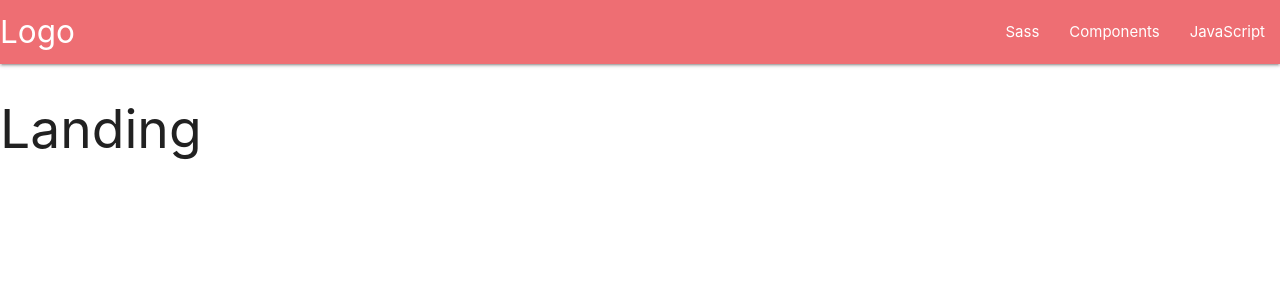
Repository: nickeone/emaily
Page: / (app in client/)
An editor plug-in stored every save of this project. The page is shown before and after the next save, followed by the edit.
The browser window is 1280 px wide. The pictures show the whole page.
The project was rebuilt for these pictures with package versions that can differ from the ones it lists, and the page was loaded fresh each time.

Above is the page before, as saved 2021-05-19 21:24:18.

After the next save:
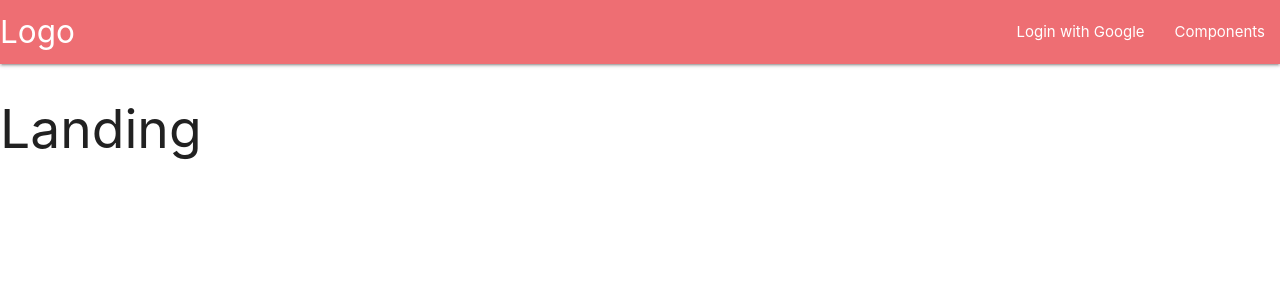
Saved 5 min 52 s later.
--- a/client/src/components/Header.js
+++ b/client/src/components/Header.js
@@ -4,12 +4,11 @@ class Header extends Component {
     render() {
         return(
             <nav>
-            <div class="nav-wrapper">
-              <a href="#" class="brand-logo">Logo</a>
-              <ul id="nav-mobile" class="right hide-on-med-and-down">
-                <li><a href="sass.html">Sass</a></li>
+            <div className="nav-wrapper">
+              <a href="#" className="brand-logo">Logo</a>
+              <ul id="nav-mobile" className="right hide-on-med-and-down">
+                <li><a href="sass.html">Login with Google</a></li>
                 <li><a href="badges.html">Components</a></li>
-                <li><a href="collapsible.html">JavaScript</a></li>
               </ul>
             </div>
           </nav>
